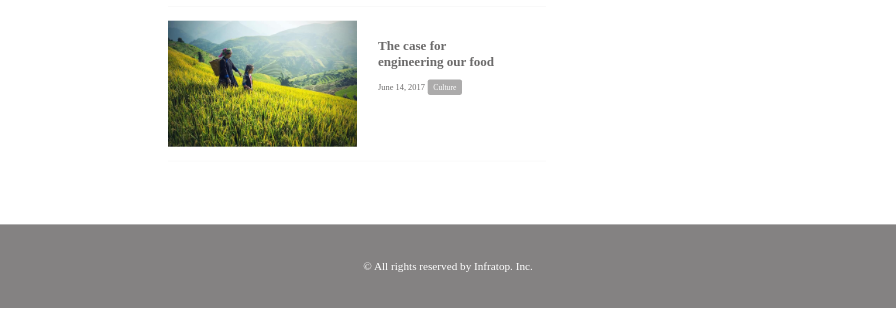
Repository: hira14t/git-practice
Page: caravan/index.html
The author's editor kept a record of every edit. The page is drawn from the files as they stood at one moment, then again after the next edit.
The browser window is 1280 px wide. The pictures show the part of the page from y = 1401 to 3321 px (the page is 1842 px tall before and 3376 px after), at 70% of full size.

Above is the page before.

### caravan/index.html
<!DOCTYPE html>
<html lang="ja">
  <head>
    <meta charset="UTF-8" />

    <link rel="stylesheet" href="style.css" />
    <title>CARAVAN</title>
  </head>

  <body>

    <header>
      <h1 class="heading">
        <a href="index.html">
        CARAVAN
        </a>
      </h1>
    </header>

    <nav>
     <ul class="nav-list">
      <li class="nav-list-item">
        <a href="index.html">Home</a>
      </li>
      <li class="nav-list-item">About</li>
      <li class="nav-list-item">Topic</li>
     </ul>
    </nav>

    <div class="main-visual">
      <div class="main-visual-content">
        <p class="main-visual-text">
          The world is a book <br/>
          and those who do not travel </br>
          read only one page.
        </p>
        <p class="main-visual-name">
          St. Augustine
        </p>
      </div>
    </div>

    <main>
      <section class="blog">
        <h2 class="blog-heading">Recent Blogs</h2>
        <div class="blog-box">
          <div class="blog-item">
            <img class="blog-image" src="img/forest.jpg"/>
            <section class="blog-text">
              <h3 class="blog-text-heading">
                <a href="single.html">
                  Hopeful lessons from<br>
                  the battle to save<br>
                  rainforests
                </a>
              </h3>
              <p class="blog-date">June 19,2017</p>
              <span class="category">Nature</span>

            </section>
          </div>






          <div class="blog-item">
            <img class="blog-image" src="img/desert.jpg" />
            <section class="blog-text">
              <h3 class="blog-text-heading">
                <a href="single.html">
                  How to fight<br>
                  desertification and<br>
                  reverse climate change
                </a>
              </h3>
              <p class="blog-date">June 17, 2017</p>
              <span class="category">Nature</span>
            </section>
          </div>
          <div class="blog-item">
            <img class="blog-image" src="img/sunset.jpg" />
            <section class="blog-text">
              <h3 class="blog-text-heading">
                <a href="single.html">
                  Why I'm rowing<br>
                  across the Pacific
                </a>
              </h3>
              <p class="blog-date">June 16, 2017</p>
              <span class="category">Adventure</span>
            </section>
          </div>
          <div class="blog-item">
            <img class="blog-image" src="img/italy.jpg" />
            <section class="blog-text">
              <h3 class="blog-text-heading">
                <a href="single.html">
                  Unseen footage,<br>
                  untamed nature
                </a>
              </h3>
              <p class="blog-date">June 15, 2017</p>
              <span class="category">Nature</span>
            </section>
          </div>
          <div class="blog-item">
            <img class="blog-image" src="img/asia.jpg" />
            <section class="blog-text">
              <h3 class="blog-text-heading">
                <a href="single.html">
                  The case for<br>
                  engineering our food
                </a>
              </h3>
              <p class="blog-date">June 14, 2017</p>
              <span class="category">Culture</span>
            </section>
          </div>
        </div>




        </div>
      </section>

      <div class="sidebar"></div>
    </main>


    <div class="main">
      <div class="blog"></div>
      <div class="sidebar"></div>
    </div>


    <footer>
      <p class="footer-text">© All rights reserved by Infratop. Inc.</p>
    </footer>


  </body>
</html>

### caravan/style.css
* {
  margin: 0;
  padding: 0;
  box-sizing: border-box;
  color: #6c6b6b;
}

a {
    text-decoration: none;
}

header {
    width: 90%;
    padding: 15px 0;
    margin: 0 auto;
    text-align: center;
}

.social i {
  display: inline-block;
  margin-left: 20px;
}

header.heading {
    font-size: 32px;
}

.nav-list {
    text-align: center;
    padding: 10px 0;
    margin: 0 auto;
}

.nav-list-item {
    list-style: none;
    display: inline-block;
    margin: 0 20px;
}

.main-visual {
  width: 100%;
  height: 300px;
  background-image: url(img/mv.jpg);
  background-size: cover;
  background-position: center;
}

.main-visual-content {
  width: 40%;
  height: 300px;
background-color: rgba(0,0,0,0.5);
text-align: center;
padding-top: 105px;
}

.main-visual-text {
  color: #fff
}

.main-visual-name {
  margin-top: 30px;
  color: #fff
}

main{
  width: 800px;
  display: flex;
  justify-contect: center;
  margin: 0 auto;
  padding: 70px 0;
}

.blog {
 width: 540px;
 margin-right: 30px;
}

.blog-heading {
  border-bottom: 8px solid #f7f7f7;
  text-align: center;
  line-height: 0.6;
}

.blog-box {
  padding-top: 50px;
}

.blog-item {
  padding-bottom: 20px;
  margin-bottom: 20px;
  border-bottom: 1px solid #f7f7f7;
  display: flex;
  justify-content: flex-start;
}

.blog-image {
  height: 180px;
}

.blog-text {
  padding: 25px 0 0 30px;
}

.blog-text-heading {
  padding-bottom: 15px;
}

.blog-date {
  font-size: 12px;
  display: inline-block;
}

.category {
  display: inline-block;
  padding: 5px 8px;
  background-color: #acabab;
  border-radius: 3px;
  color: #fff;
  font-size: 11px;
}

.pagination {
  text-align: center;
  padding-top: 50px;
}

.pagination p {
  display: inline-block;
  width: 30px;
  height: 30px;
  margin: 0 5px;
  color: #fff;
  background-color: #acabab;
  border-radius: 3px;
  line-height: 30px;
}

.sidebar {
 width: 230px;
}

.common-heading {
  border-bottom: 8px solid #f7f7f7;
  text-align: center;
  line-height: 0.6;
}

.sidebar-contents {
  padding: 50px 0;
}

.popular-text,
.categories-text {
  padding-bottom: 5px;
  border-bottom: 1px solid #f7f7f7;
  margin-bottom: 5px;
}

.popular-text:last-child,
.categories-text:last-child {
  margin: 0;
  padding: 0;
  border: none;
}

.instagram .sidebar-contents {
  display: flex;
  flex-wrap: wrap;
}

.instagram-box {
  width: 110px;
  padding-top: 110px;
  background-size: cover;
  background-position: center;
  margin-bottom: 10px;
}

.instagram-box:nth-child(odd) {
  margin: 10px;
}

.instagram-box:nth-child(1) {
  background-image: url(img/airport.jpg);
}

.instagram-box:nth-child(2) {
  background-image: url(img/japan.jpg);
}

.instagram-box:nth-child(3) {
  background-image: url(img/snow.jpg);
}

.instagram-box:nth-child(4) {
  background-image: url(img/japan2.jpg);
}

.instagram-box:nth-child(5) {
  background-image: url(img/lake.jpg);
}

.instagram-box:nth-child(6) {
  background-image: url(img/road.jpg);
}

footer {
  width: 100%;
  height: 120px;
  text-align: center;
  line-height: 120px;
  background-color: #848282;
}

.footer-text {
    color: #fff;
}

After the next edit:
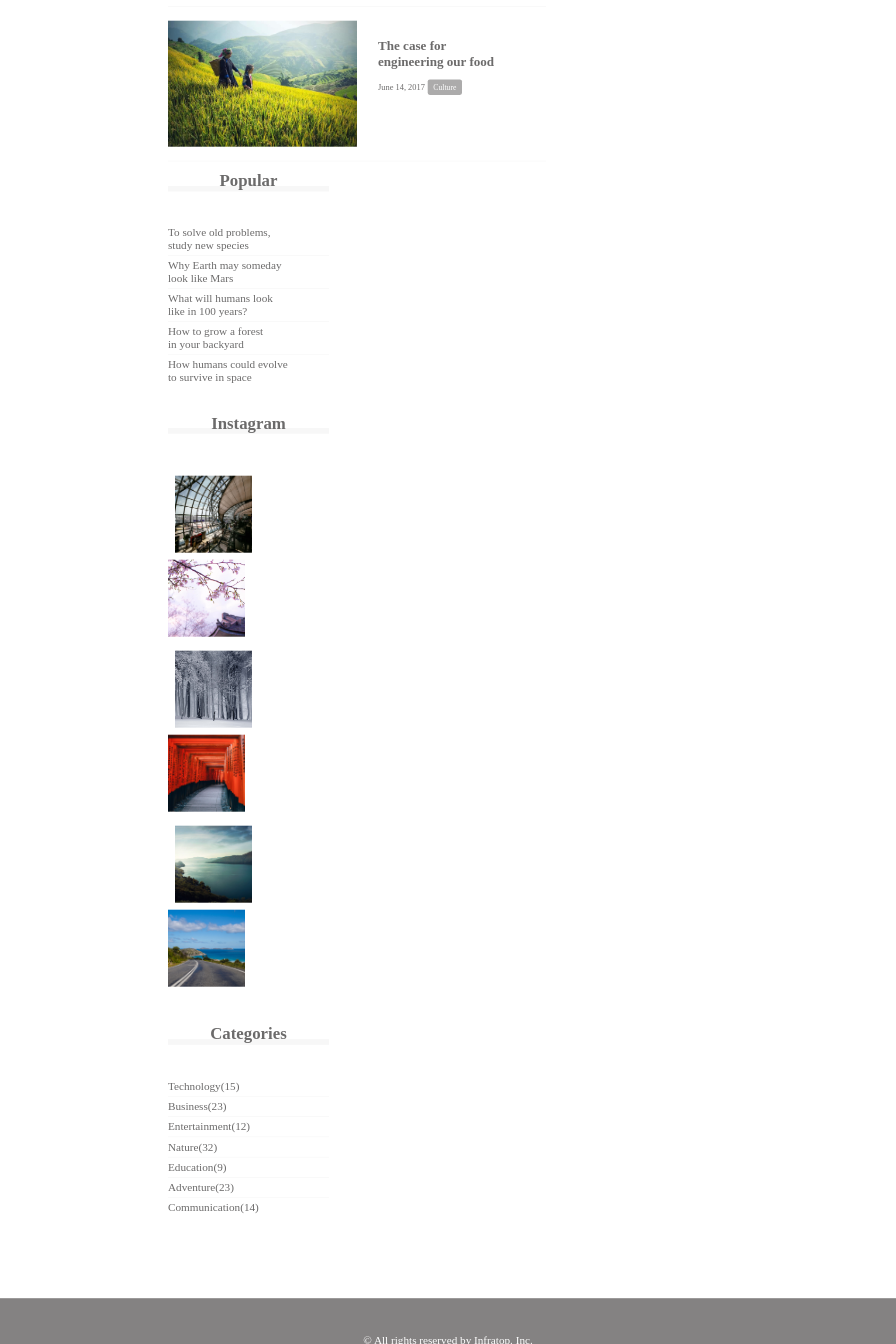
The edit:
--- a/caravan/index.html
+++ b/caravan/index.html
@@ -123,6 +123,47 @@
 
 
 
+
+
+         <div class="sidebar">
+        <section class="popular">
+          <h2 class="popular-heading common-heading">Popular</h2>
+          <div class="sidebar-contents">
+            <p class="popular-text">To solve old problems,<br>study new species</p>
+            <p class="popular-text">Why Earth may someday<br>look like Mars</p>
+            <p class="popular-text">What will humans look<br>like in 100 years?</p>
+            <p class="popular-text">How to grow a forest<br>in your backyard</p>
+            <p class="popular-text">How humans could evolve<br>to survive in space</p>
+          </div>
+        </section>
+        <section class="instagram">
+          <h2 class="instagram-heading common-heading">Instagram</h2>
+          <div class="sidebar-contents">
+            <div class="instagram-box"></div>
+            <div class="instagram-box"></div>
+            <div class="instagram-box"></div>
+            <div class="instagram-box"></div>
+            <div class="instagram-box"></div>
+            <div class="instagram-box"></div>
+          </div>
+        </section>
+        <section class="categories">
+          <h2 class="categories-heading common-heading">Categories</h2>
+          <div class="sidebar-contents">
+            <p class="categories-text">Technology(15)</p>
+            <p class="categories-text">Business(23)</p>
+            <p class="categories-text">Entertainment(12)</p>
+            <p class="categories-text">Nature(32)</p>
+            <p class="categories-text">Education(9)</p>
+            <p class="categories-text">Adventure(23)</p>
+            <p class="categories-text">Communication(14)</p>
+          </div>
+        </section>
+      </div>
+
+
+
+
         </div>
       </section>
 
